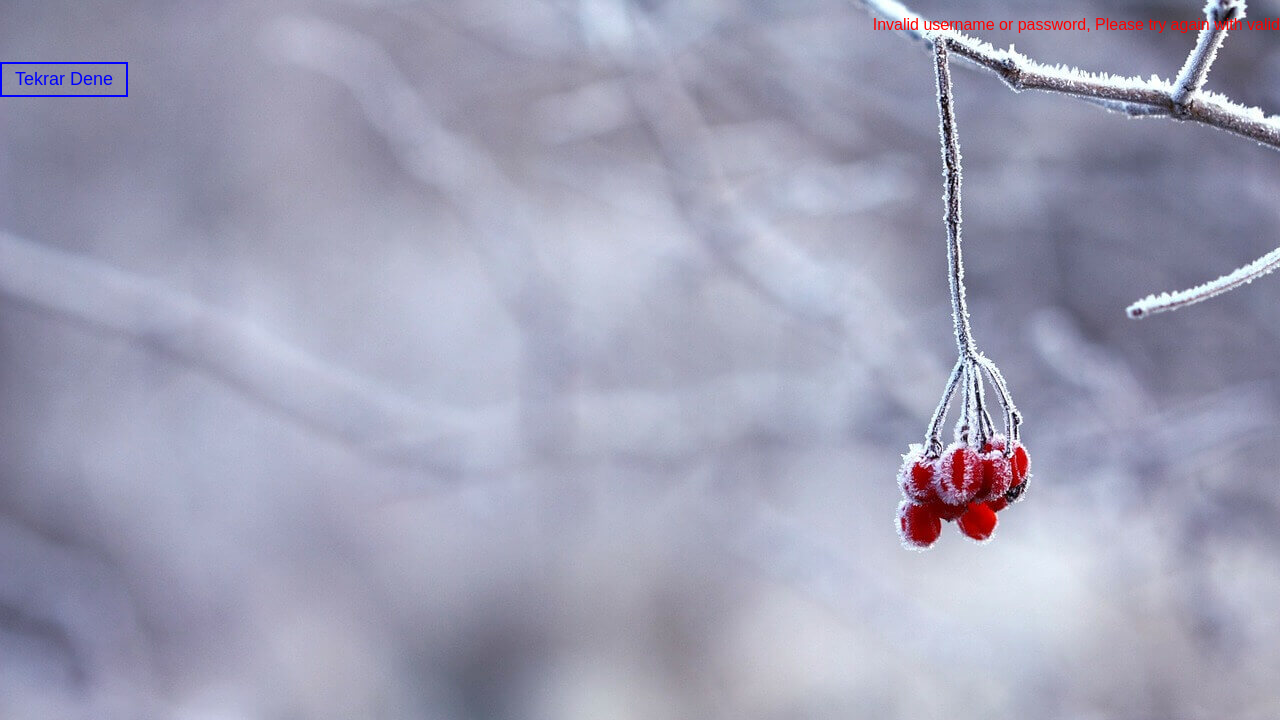
Repository: Berilinanir/Login-Logout-System
Page: Loginn/WebContent/error.html
An editor plug-in stored every save of this project. The page is shown before and after the next save, followed by the edit.
The browser window is 1280 px wide. The pictures show the whole page.

Above is the page before, as saved 2018-10-14 12:47:44.

### Loginn/WebContent/error.html
<!DOCTYPE html>
<html>
<head>
<meta charset="UTF-8">
<title>Insert title here</title>



<link rel="stylesheet" href="style4.css">



</head>
<body>




<p style="color:red" align="right"  >Invalid username or password, Please try again with valid </p>






</body>

<input type="button" onClick="location.href='login.html'" value='Tekrar Dene' class="btn" style="color:blue" >
</html>

### Loginn/WebContent/style4.css
@charset "UTF-8";


body{

	margin:0;
	padding:0;
	font-family:sans-serif;
	background:url("resim10.jpg") no-repeat;
	background-size:cover;

}

.btn{

	width:10%;
	background:none;
	border:2px solid ;
	color:white;
	padding:5px;
	font-size:18px;
	cursor:pointer;
	margin:12px 0;
	position:static;

}

After the next save:
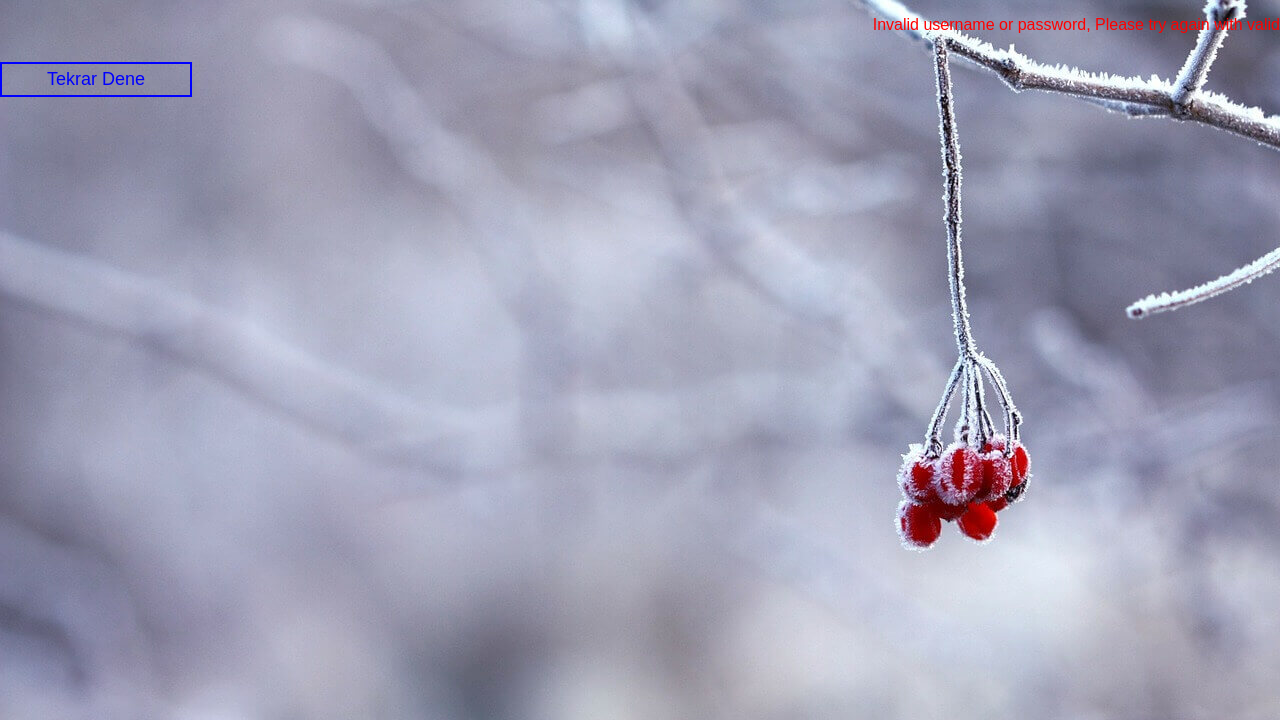
Saved 33 s later.
--- a/Loginn/WebContent/style4.css
+++ b/Loginn/WebContent/style4.css
@@ -13,7 +13,7 @@ body{
 
 .btn{
 
-	width:10%;
+	width:15%;
 	background:none;
 	border:2px solid ;
 	color:white;
